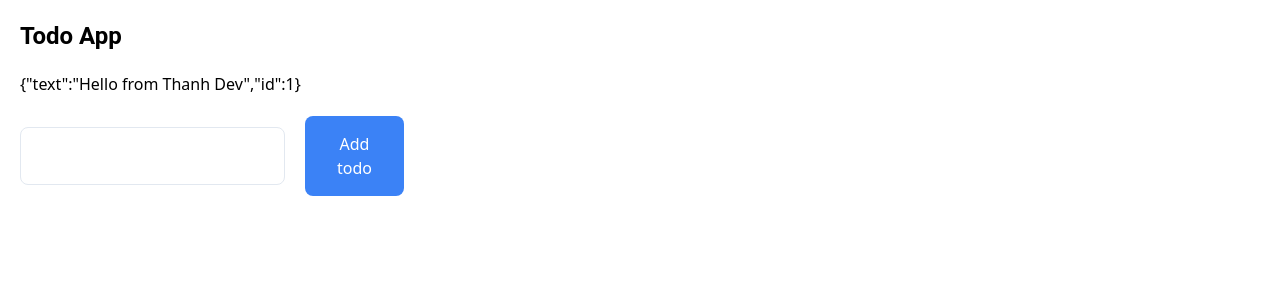
Repository: vophuocthanh/react-typescript
Page: /
These files come from the project's save history. The page is drawn as it stood at one moment and after the next save; the edit follows.
The browser window is 1280 px wide. The pictures show the whole page.
The project was rebuilt for these pictures with package versions that can differ from the ones it lists, and the page was loaded fresh each time. Also part of the build but not shown: vite.config.ts.

Above is the page before, as saved 2023-04-06 21:24:28.

After the next save:
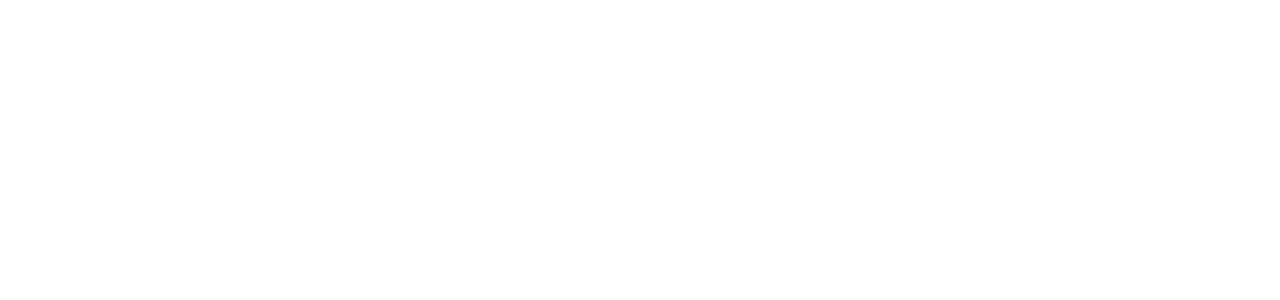
Console error: TypeError: Cannot read properties of undefined (reading 'map')
Saved 55 s later.
--- a/src/App.tsx
+++ b/src/App.tsx
@@ -94,7 +94,13 @@
 };
 
 const List = ({ items }: { items: string[] }) => {
-  return <div></div>;
+  return (
+    <div>
+      {items.map((item) => (
+        <div key={item}>{item}</div>
+      ))}
+    </div>
+  );
 };
 
 export default App;

After the 2 saves that followed:
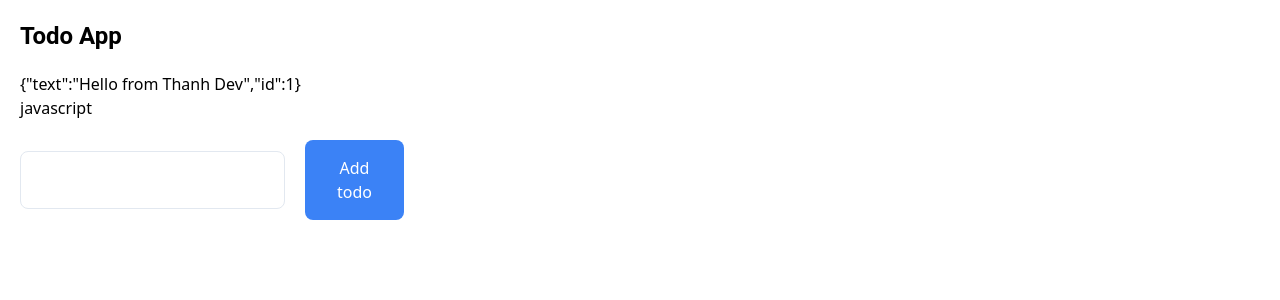
The error is gone.
The 2 saves are shown as one change because 1 left the picture as it was.
The last was saved 98 s later.
--- a/src/App.tsx
+++ b/src/App.tsx
@@ -60,7 +60,7 @@
     <div>
       <Heading title="Todo App"></Heading>
       {JSON.stringify(data)}
-      <List></List>
+      <List items={["javascript"]}></List>
       <div className="max-w-sm">
         <div className="flex flex-col mb-5 gap-y-5">
           {todos.map((todo) => (
